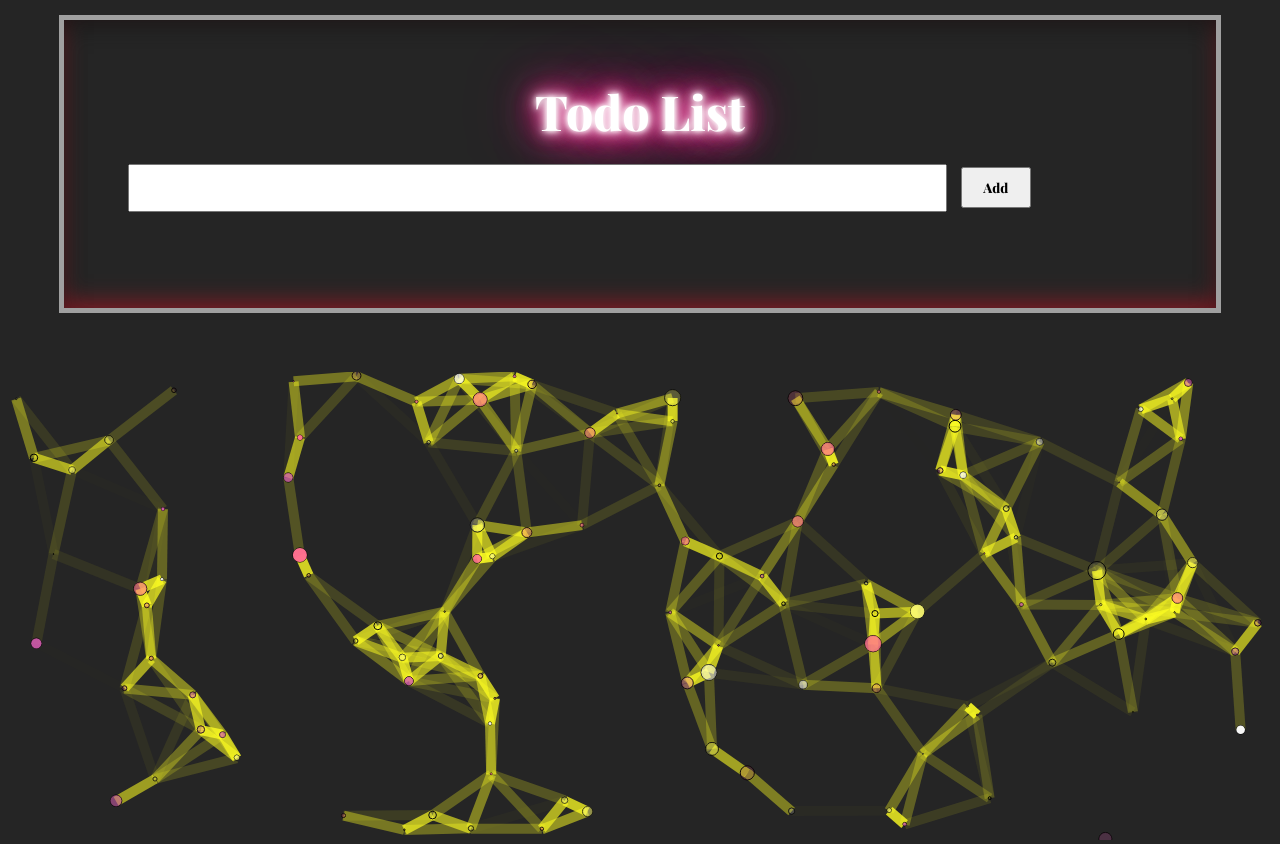
Repository: TENSAEA/----todo
Page: index.html
An editor plug-in stored every save of this project. The page is shown before and after the next save, followed by the edit.
The browser window is 1280 px wide. The pictures show the whole page.
Some web fonts or font styles are not loaded; a fallback is used.

Above is the page before, as saved 2023-10-25 14:26:36.

### index.html
<!DOCTYPE html>
<html lang="en">
  <head>
    <meta charset="UTF-8" />
    <meta name="viewport" content="width=device-width, initial-scale=1.0" />
    <title>TodoList</title>
    <link rel="stylesheet" href="style.css" />
  </head>
  <body>
    <div id="particle">
      <div class="container">
        <h1>Todo List</h1>
        <br />
        <div class="header">
          <form class="form">
            <input type="text" id="add" />
            <label for="add"><button id="addBtn">Add</button></label>
          </form>
        </div>
        <div class="list-div">
          <!-- <div class="list-hide">
          <ul class="list">
            <li>
              <input class="list-text" type="text" id="edit" readonly />
              <label for="edit">
                <button class="edit">Edit</button
                ><button class="delete">Delete</button>
              </label>
            </li>
          </ul>
        </div> -->
        </div>
      </div>
    </div>
    <script src="particles.js"></script>
    <script src="https://cdn.jsdelivr.net/npm/particles.js@2.0.0/particles.min.js"></script>
    <script src="script.js"></script>
  </body>
</html>

### style.css
@import url('https://fonts.googleapis.com/css2?family=Bungee+Spice&family=Playfair+Display:wght@800&display=swap');

*{
   box-sizing:border-box;
   margin:0;
   padding:0;
   font-family: 'Bungee Spice', sans-serif;
font-family: 'Playfair Display', serif;}
body{
    background-color: #252525;
}

#particle{
    position: absolute;
      top: 0;
      left: 0;
      width: 100%;
      height: 65%;
      z-index: 2;

}

.container{
    -webkit-box-shadow: 0px 0px 0px 5px #A0A0A0, inset 0px 10px 27px -8px #141414, inset 0px -10px 27px -8px #A31925, 5px 5px 15px 5px rgba(0,0,0,0);
box-shadow: 0px 0px 0px 5px #A0A0A0, inset 0px 10px 27px -8px #141414, inset 0px -10px 27px -8px #A31925, 5px 5px 15px 5px rgba(0,0,0,0);
    display: flex;
    flex-direction: column;
    padding: 5%;
    margin:5%;
    margin-top:20px;
}

.container h1{
    margin-top:-5px;
    font-size:3em;
    text-align:center;
    color: #FFFFFF;
text-shadow: #FFF 0px 0px 5px, #FFF 0px 0px 10px, #FFF 0px 0px 15px, #FF2D95 0px 0px 20px, #FF2D95 0px 0px 30px, #FF2D95 0px 0px 40px, #FF2D95 0px 0px 50px, #FF2D95 0px 0px 75px;
color: #FFFFFF;


}

.header{
    padding-bottom: 2em;
}

#add{
    padding: 1em;
    width:80%;
}
.form label button{
    padding:10px;
    width:70px;
    margin-left:10px;
    cursor: pointer;
}

.list{
    padding-bottom: 20px;
}

.list li{
    list-style-type: none;
}

.list-div .list li .list-text{
    padding: 10px;
    width:60%;
    margin-left:60px;
}
.edit,.delete{
    padding:10px;
    width:70px;
    margin-left:10px;
    cursor: pointer;
}

@media (max-width:636px){
    .form label button{
        padding:10px;
        width:70px;
        margin:3% 40%;
        cursor: pointer;
    }
    .edit,.delete{
        padding:10px;
        width:70px;
        margin:2% 38%;
        cursor: pointer;
    }
    }

### particles.js
var config = {
  particles: {
    number: {
      value: 150,

      density: {
        enable: true,
        value_area: 786,
      },
    },
    color: {
      value: ["#ffffff", "#FF6F91", "#F9F871", "#D65DB1"],
    },
    shape: {
      type: "circle",
      stroke: {
        width: 1,
        color: "#000000",
      },
      polygon: {
        nb_sides: 12,
      },
      image: {
        src: "",
        width: 100,
        height: 100,
      },
    },
    opacity: {
      value: 1,
      random: true,
      anim: {
        enable: true,
        speed: 1,
        opacity_min: 0,
        sync: false,
      },
    },
    size: {
      value: 10,
      random: true,
      anim: {
        enable: true,
        speed: 3,
        size_min: 0.3,
        sync: false,
      },
    },
    line_linked: {
      enable: true,
      distance: 100,
      color: "#ff2",
      opacity: 1,
      width: 10,
    },
    move: {
      enable: true,
      speed: 1.3,
      direction: "top",
      random: true,
      straight: true,
      out_mode: "out",
      bounce: false,
      attract: {
        enable: true,
        rotateX: 2082.2488,
        rotateY: 3363.6328,
      },
    },
  },
  interactivity: {
    detect_on: "canvas",
    events: {
      onhover: {
        enable: true,
        mode: "grab",
      },
      onclick: {
        enable: true,
        mode: "repulse",
      },
      resize: true,
    },
    modes: {
      grab: {
        distance: 70,
        line_linked: {
          opacity: 0.5,
        },
      },
      bubble: {
        distance: 100,
        size: 5,
        duration: 8.598243,
        opacity: 0,
        speed: 3,
      },
      repulse: {
        distance: 150,
        duration: 0.8,
      },
      push: {
        particles_nb: 4,
      },
      remove: {
        particles_nb: 2,
      },
    },
  },
  retina_detect: true,
};

window.onload = function () {
  let clause = window.innerWidth < 768;
  config.particles.number.value = clause ? 80 : 150;
  particlesJS("particle", config);
};

### script.js
window.addEventListener("load", () => {
  let addInput = document.getElementById("add");
  let addBtn = document.getElementById("addBtn");

  addBtn.addEventListener("click", (e) => {
    e.preventDefault();
    console.log("clicked");
    let list = document.querySelector(".list-div");
    let ul = document.createElement("ul");
    ul.classList.add("list");
    let li = document.createElement("li");
    ul.appendChild(li);
    let input = document.createElement("input");
    input.classList.add("list-text");
    input.type = "text";
    input.id = "edit";
    input.setAttribute("readonly", "readonly");
    input.value = addInput.value;
    li.appendChild(input);

    let label = document.createElement("label");
    label.setAttribute("for", "edit");
    li.appendChild(label);
    let buttonOne = document.createElement("button");
    buttonOne.classList.add("edit");
    buttonOne.textContent = "Edit";
    label.appendChild(buttonOne);
    let buttonTwo = document.createElement("button");
    buttonTwo.classList.add("delete");
    buttonTwo.textContent = "Delete";
    label.appendChild(buttonTwo);

    let listHide = document.createElement("div");
    listHide.classList.add("list-hide");

    listHide.appendChild(ul);
    list.appendChild(listHide);

    buttonOne.addEventListener("click", () => {
      if (buttonOne.textContent.toLowerCase() == "edit") {
        input.removeAttribute("readonly");
        buttonOne.textContent = "Save";
        input.focus();
      } else {
        input.setAttribute("readonly", "readonly");
        buttonOne.textContent = "Edit";
      }
    });

    buttonTwo.addEventListener("click", () => {
      list.removeChild(listHide);
    });
  });
});

After the next save:
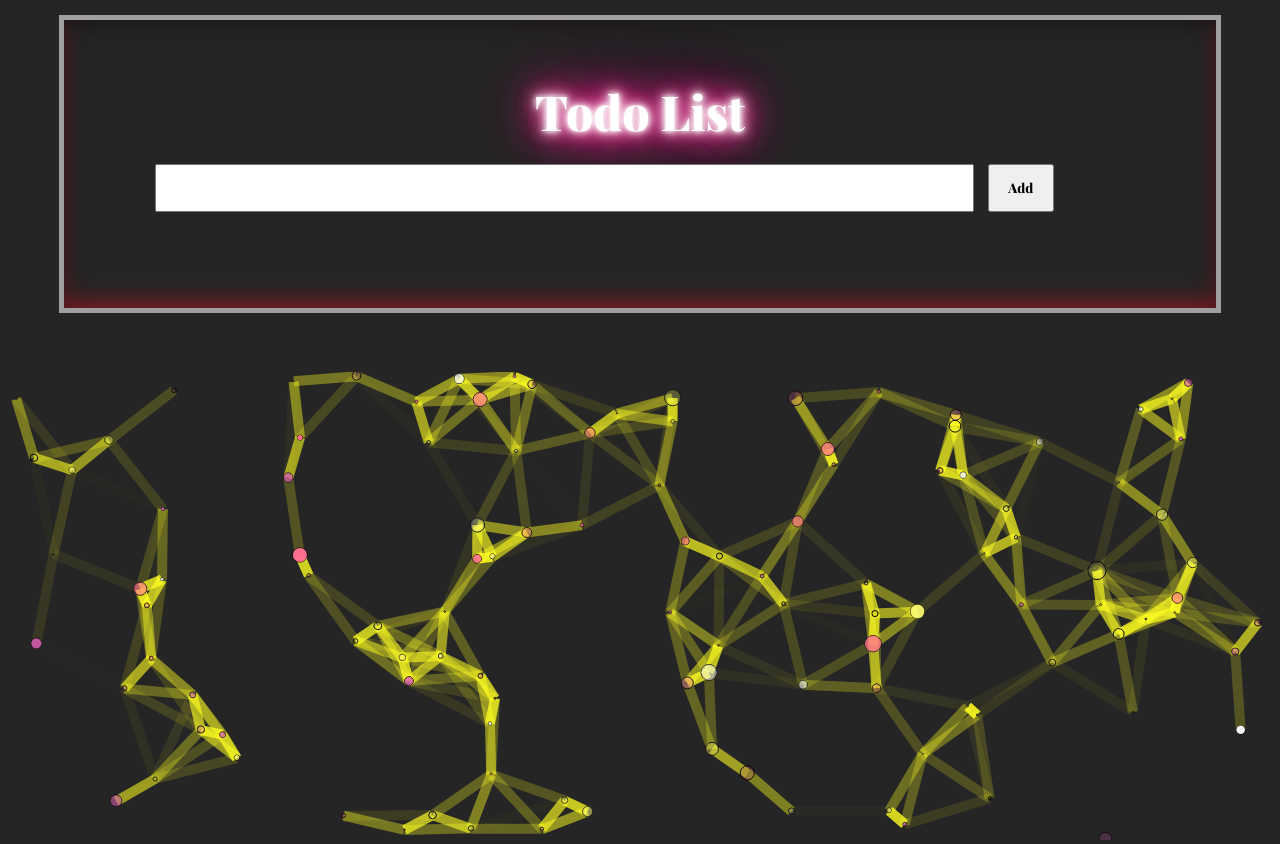
Saved 54 s later.
--- a/style.css
+++ b/style.css
@@ -48,10 +48,11 @@ color: #FFFFFF;
 #add{
     padding: 1em;
     width:80%;
+    margin-left:2em;
 }
 .form label button{
-    padding:10px;
-    width:70px;
+    padding:1em;
+    width:5em;
     margin-left:10px;
     cursor: pointer;
 }
